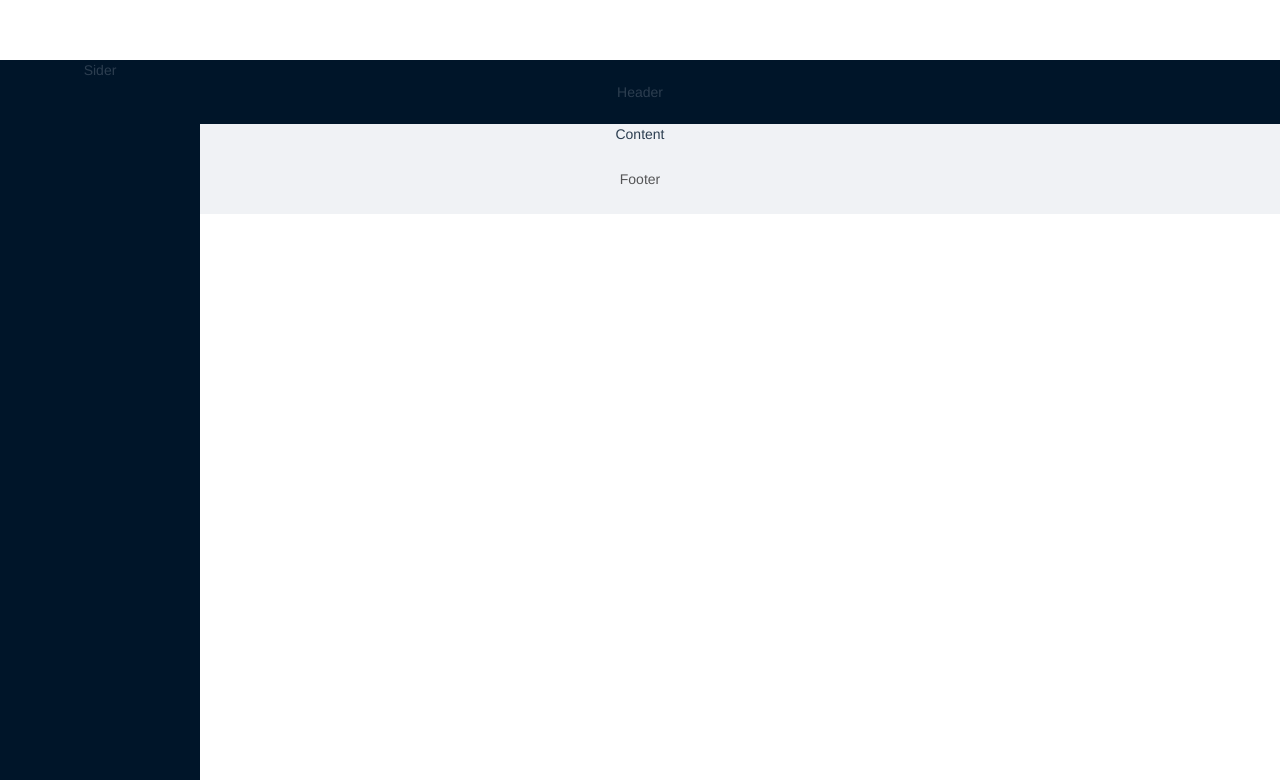
Repository: 418545106/vue-antd-demo
Page: /
The author's editor kept a copy of each file at every save. The page is drawn from the files as they stood at one save, then again after the next save.
The browser window is 1280 px wide. The pictures show the whole page.
The project was rebuilt for these pictures with package versions that can differ from the ones it lists, and the page was loaded fresh each time. Also part of the build but not shown: vue.config.js.

Above is the page before, as saved 2021-09-05 10:17:27.

### src/main.js
import Vue from 'vue'
import App from './App.vue'

// ant-design
import Antd from 'ant-design-vue';
import 'ant-design-vue/dist/antd.css';
Vue.use(Antd);

// vue router
import router from './router'

// vue store
import store from './store'

Vue.config.productionTip = false

new Vue({
  router,
  store,
  render: h => h(App),
}).$mount('#app')

### src/App.vue
<template>
  <div id="app">
    <router-view />
  </div>
</template>

<script>

export default {
  name: 'app'
}
</script>

<style>
#app {
  font-family: Avenir, Helvetica, Arial, sans-serif;
  -webkit-font-smoothing: antialiased;
  -moz-osx-font-smoothing: grayscale;
  text-align: center;
  color: #2c3e50;
  margin-top: 60px;
}
</style>

### src/router/index.js
import Vue from 'vue'
import VueRouter from 'vue-router'
import { constRoute } from './routers'
import store from '@/store'
import whiteList from './whiteList'
// 进度条
import NProgress from 'nprogress' // progress bar
import 'nprogress/nprogress.css' // progress bar style

Vue.use(VueRouter)

const createRouter = () => new VueRouter({
  mode: 'history',
  base: process.env.BASE_URL,
  routes: constRoute
})

const router = createRouter()

NProgress.configure({ showSpinner: false }) // NProgress Configuration

// 解决Loading chunk {n} failed问题
router.onError((error) => {
  const pattern = /Loading chunk (\d)+ failed/g
  const isChunkLoadFailed = error.message.match(pattern)
  const targetPath = router.history.pending.fullPath
  if (isChunkLoadFailed) {
    router.replace(targetPath)
  }
})

router.beforeEach((to, from, next) => {
  // start progress bar
  NProgress.start()
  // todo delete console skip login
  console.log('login:' + process.env.VUE_APP_LOGIN_PATH)
  console.log('to:' + to.path)
  console.log(to.path === process.env.VUE_APP_LOGIN_PATH)
  if (!store.getters.getToken) {
    if (to.path === process.env.VUE_APP_LOGIN_PATH) {
      // if is logged in, redirect to the home page
      // next({ path: process.env.VUE_APP_HOME_PATH })
      // todo test code
      NProgress.done()
      next()
    } else {
      // 重新添加动态路由
      // if (store.getters.getRoleMenu.length === 0 && !store.getters.isAuthed) {
      //   store.dispatch('authorization').then(() => {
      //     NProgress.done()
      //     // hack method to ensure that addRoutes is complete
      //     // set the replace: true, so the navigation will not leave a history record
      //     next({ ...to, replace: true })
      //   })
      // } else {
      NProgress.done()
      next()
      // }
    }
  } else {
    if (whiteList.indexOf(to.name) !== -1) {
      next()
    } else {
      next({ path: process.env.VUE_APP_LOGIN_PATH })
    }
    NProgress.done()
  }
})

export function resetRouter() {
  const newRouter = createRouter()
  router.matcher = newRouter.matcher
}

export default router

### src/store/index.js
import Vue from 'vue'
import Vuex from 'vuex'

Vue.use(Vuex)

import menu from './modules/menu'
import tags from './modules/tags'
import user from './modules/user'
import auth from './modules/auth'
import cache from './modules/cache'

export default new Vuex.Store({
  actions: {
  },
  modules: {
    menu,
    tags,
    user,
    auth,
    cache
  }
})

### src/router/whiteList.js
export default [
  'login'
]

### src/store/modules/menu.js
import { constRoute, asyncRoutes } from '@/router/routers'
import router, { resetRouter } from '@/router'
import { getRoleMenu } from '@/api/main'
import { getMenu, hasChild } from '@/libs/util'

export const filterRoute = (asyncRoutes, roleMenu) => {
  const res = []

  asyncRoutes.forEach(route => {
    const tmp = { ...route }
    if (roleMenu.includes(tmp.name) || (tmp.meta && tmp.meta.hideInMenu)) {
      if (tmp.children) {
        tmp.children = filterRoute(tmp.children, roleMenu)
      }
      res.push(tmp)
    }
  })

  return res
}

export default {
  state: {
    collapse: false,
    // 无权限控制菜单
    constMenu: [],
    // 权限控制菜单
    accessMenu: [],
    // 权限控制菜单成名，tagviews使用
    accessMenuName: [],
    // 权限菜单
    roleMenu: []
  },
  getters: {
    menuList: (state) => {
      // 合并前台menu （展示菜单）
      const menu = getMenu(state.constMenu)
      menu.push.apply(menu, state.accessMenu)
      return menu
    },
    getRoleMenu: (state) => state.roleMenu,
    getAccessMenuName: (state) => state.accessMenuName,
    getCollapse: (state) => state.collapse
  },
  mutations: {
    triggerCollapse(state) {
      state.collapse = !state.collapse
    },
    setAccessMenu(state, accessMenu) {
      state.accessMenu = accessMenu
    },
    setConstMenu(state, constRoute) {
      state.constMenu = constRoute
    },
    addAccessMenuName(state, { name, title }) {
      state.accessMenuName.push({ name, title })
    },
    addRoleMenu(state, name) {
      state.roleMenu.push(name)
    },
    cleanMenu(state) {
      state.constMenu = []
      state.accessMenu = []
      state.accessMenuName = []
      state.roleMenu = []
    }
  },
  actions: {
    async changeMenu({ state, commit, dispatch }) {
      // 放入静态路由
      commit('setConstMenu', constRoute)
      // 获取整理完成的后台menu
      const accessRoutes = await dispatch('getAccessRoutes')
      // 整理后台给的数据格式，先变成菜单能够展示
      await dispatch('initAccessMenu', accessRoutes)
      // 动态添加路径
      const filterRouters = await dispatch('filterAsyncRoutes', { asyncRoutes: asyncRoutes, roleMenu: state.roleMenu })
      // 重置路由
      resetRouter()
      // 添加路由
      router.addRoutes(filterRouters)
      // tips : tag title需要动态，如果能够取到route的title则使用route，否则根据后台数据
    },

    // 获取后台menu
    getAccessRoutes({ commit }) {
      return new Promise(resolve => {
        getRoleMenu().then(res => {
          commit('setNickName', res.data.name)
          const accessMenu = res.data.menuList
          resolve(accessMenu)
        })
      })
    },

    // 整理后台格式menu
    initAccessMenu({ commit }, accessRoutes) {
      if (!accessRoutes) return []
      const accessMenu = initMenu(accessRoutes, commit)
      function initMenu(accessRoutes, commit) {
        const accessMenu = []
        accessRoutes.forEach(item => {
          const obj = {
            icon: item.icon || '',
            name: item.perms,
            path: item.path,
            title: item.name
          }
          commit('addAccessMenuName', { name: item.perms, title: item.name })
          commit('addRoleMenu', item.perms)
          if (hasChild(item)) {
            obj.children = initMenu(item.children, commit)
          }
          accessMenu.push(obj)
        })
        return accessMenu
      }
      commit('setAccessMenu', accessMenu)
    },

    filterAsyncRoutes({ commit }, { asyncRoutes, roleMenu }) {
      return new Promise(resolve => {
        const route = filterRoute(asyncRoutes, roleMenu)
        resolve(route)
      })
    },

    cleanMenuRouter({ commit }) {
      commit('cleanMenu')
      resetRouter()
    }
  }
}

### src/store/modules/tags.js
import {
  tagHasExist,
  parsingTagTitle,
  initTagsList,
  getNextRoute,
  isCurrentPath
} from '@/libs/util'
import router from '@/router'

export default {
  state: {
    tagsList: [
      { name: 'home', title: '首页', path: process.env.VUE_APP_HOME_PATH }
    ]
  },
  getters: {
    getTagsList: (state) => state.tagsList
  },

  mutations: {
    addTag(state, { tag }) {
      // set tag title
      parsingTagTitle(tag)
      // check tag exist
      const tagExist = tagHasExist(state.tagsList, tag)
      if (!tagExist) {
        state.tagsList.push(tag)
      }
    },
    closeAllTag(state) {
      // simple handling close all method
      state.tagsList = initTagsList()
    },
    closeOtherTag(state, tag) {
      parsingTagTitle(tag)
      state.tagsList = initTagsList()
      if (tag.path !== process.env.VUE_APP_HOME_PATH) {
        state.tagsList.push(tag)
      }
    },
    closeTag(state, { currentRoute, path }) {
      // 如果关闭的不是当前页签，则直接关闭，无需找下一个路由，如果关闭的是当前页签，则需要寻找下一个路由
      if (isCurrentPath(currentRoute, path)) {
        const nextRoute = getNextRoute(state.tagsList, path)
        if (!isCurrentPath(currentRoute, nextRoute.path)) {
          router.push(nextRoute)
        }
      }
      state.tagsList = state.tagsList.filter(item => item.path !== path)
    }
  },
  actions: {
  }
}

### src/store/modules/user.js
import { loadToken, saveToken, removeToken, loadRefreshToken, saveRefreshToken, removeRefreshToken } from '@/libs/auth'

export default {
  state: {
    token: loadToken(),
    refreshToken: loadRefreshToken(),
    nickName: ''
  },
  getters: {
    getToken(state) {
      return state.token
    },
    getRefreshToken(state) {
      return state.refreshToken
    },
    getNickName(state) {
      return state.nickName
    }
  },
  mutations: {
    setToken(state, t) {
      const token = 'Bearer ' + t
      state.token = token
      saveToken(token)
    },
    setRefreshToken(state, refreshToken) {
      state.refreshToken = refreshToken
      saveRefreshToken(refreshToken)
    },
    cleanToken(state) {
      state.token = ''
      removeToken()
      removeRefreshToken()
    },
    setNickName(state, name) {
      state.nickName = name
    }
  },
  actions: {
    sysLogout({ commit, dispatch }) {
      commit('cleanToken')
      dispatch('cleanMenuRouter')
    }
  }
}

### src/store/modules/auth.js
import jwtDecode from 'jwt-decode'
import store from '@/store'

export default {
  state: {
    buttonAuth: [],
    isAuth: false
  },
  getters: {
    hasRole: (state) => (roleName) => {
      return state.buttonAuth.includes(roleName)
    },
    isAuthed: (state) => {
      return state.isAuth
    }
  },
  mutations: {
    initAuth(state, buttonAuth) {
      state.buttonAuth = buttonAuth
    },
    cleanAuth(state) {
      state.buttonAuth = []
    },
    addAuth(state, more) {
      state.buttonAuth.push.apply(state.buttonAuth, more)
    },
    authed(state) {
      state.isAuth = true
    }
  },
  actions: {
    async authorization({ commit, dispatch }) {
      commit('authed')
      await Promise.all([dispatch('changeMenu'), dispatch('changeAuth')])
    },
    async changeAuth({ commit, dispatch }) {
      const auth = await dispatch('getAuth')
      commit('initAuth', auth)
    },
    getAuth() {
      return new Promise(resolve => {
        const token = store.getters.getToken
        const data = jwtDecode(token)
        resolve(data.authorities)
      })
    }
  }
}

### src/store/modules/cache.js
export default {
  state: {
    cache: new Map()
  },
  getters: {
    loadCache: (state) => (key) => {
      return state.cache[key]
    }
  },
  mutations: {
    saveCache(state, payload) {
      state.cache[payload.key] = payload.value
    }
  }
}

### src/views/layout/Layout.vue
<template>
  <div>
    <a-layout>
      <a-layout-sider :style="{ overflow: 'auto', height: '100vh', position: 'fixed', left: 0 }">Sider</a-layout-sider>
      <a-layout>
        <a-layout-header>Header</a-layout-header>
        <a-layout-content>Content<router-view /></a-layout-content>
        <a-layout-footer>Footer</a-layout-footer>
      </a-layout>
    </a-layout>
  </div>
</template>

<script>
export default {

}
</script>

<style>

</style>

### src/api/main.js
import request from '@/axios'
// import qs from 'qs'

export const login = (loginForm) => {
  // const data = qs.stringify(loginForm)
  return new Promise((resolve, reject) => {
    request({
      headers: {
        'Content-Type': 'application/json'
      },
      url: '/authentication/form',
      // url: '/demo/authorize/token',
      method: 'post',
      data: loginForm
    }).then(res => {
      resolve(res)
    }).catch(error => {
      reject(error)
    })
  })
}

export const logout = () => {
  return new Promise((resolve, reject) => {
    request({
      url: '/sysLogout',
      method: 'get'
    }).then(res => {
      resolve(res)
    }).catch(error => {
      reject(error)
    })
  })
}

export const getRoleMenu = () => {
  return new Promise((resolve, reject) => {
    request({
      url: '/system/user/info',
      method: 'get'
    }).then(res => {
      resolve(res)
    }).catch(error => {
      reject(error)
    })
  })
}

export const getAuth = () => {
  return new Promise((resolve, reject) => {
    request({
      url: '/system/menu/selectUserAuth',
      method: 'get'
    }).then(res => {
      resolve(res)
    }).catch(error => {
      reject(error)
    })
  })
}

### src/libs/auth.js
import { localSave, localRead, localRemove } from './local'

const TOKEN = 'token'
const REFRESHTOKEN = 'refreshToken'

export const loadToken = () => {
  return localRead(TOKEN)
}

export const saveToken = (token) => {
  localSave(TOKEN, token)
}

export const removeToken = () => {
  localRemove(TOKEN)
}

export const loadRefreshToken = () => {
  return localRead(REFRESHTOKEN)
}

export const saveRefreshToken = (refreshToken) => {
  localSave(REFRESHTOKEN, refreshToken)
}

export const removeRefreshToken = () => {
  localRemove(REFRESHTOKEN)
}

### src/axios.js
import axios from 'axios'
import store from '@/store'
import router from './router'

const request = axios.create({
  baseURL: process.env.VUE_APP_BASE_URL,
  timeout: 1000000
})

// 是否正在刷新的标记
let isRefreshing = false
// 重试队列，每一项将是一个待执行的函数形式
let requestsList = []

function refreshToken() {
  return request.post('/demo/authorize/refreshToken?refreshToken=' + store.getters.getRefreshToken)
}

function showErrorMsg(msg) {
  if (!store.getters.showing) {
    store.commit('show')
    // show message
    store.commit('hide')
  }
}

// 前置拦截
request.interceptors.request.use(
  config => {
    const token = store.getters.getToken
    if (token) {
      config.headers['Authorization'] = token
    }
    return config
  }
)

// 后置拦截
request.interceptors.response.use(
  response => {
    return response.data
  },
  error => {
    const response = error.response
    if (response.status === 401) {
      const config = error.config
      if (!isRefreshing) {
        isRefreshing = true
        return refreshToken().then(res => {
          const { accessToken } = res.data
          store.commit('setToken', accessToken)
          requestsList.forEach(cb => cb(accessToken))
          requestsList = []
          config.headers['Authorization'] = accessToken
          return request(config)
        }).catch(res => {
          console.error('refreshtoken error =>', res)
        }).finally(() => {
          isRefreshing = false
        })
      } else {
        // 正在刷新token，将返回一个未执行resolve的promise
        return new Promise((resolve) => {
          // 将resolve放进队列，用一个函数形式来保存，等token刷新后直接执行
          requestsList.push((accessToken) => {
            config.headers['Authorization'] = accessToken
            resolve(request(config))
          })
        })
      }
    } else if (response.status === 402) {
      store.commit('cleanToken')
      router.push({ name: 'login' })
    } else if (response.status === 400) {
      const msgList = response.data.violations
      const str = msgList.map(e => e.message).join(';')
      showErrorMsg(str)
      return Promise.reject(error)
    } else {
      showErrorMsg(response.data.detail)
      return Promise.reject(error)
    }
  }
)

export default request

### src/libs/local.js
export const localSave = (key, value) => {
  localStorage.setItem(key, JSON.stringify(value))
}

export const localRead = (key) => {
  return JSON.parse(localStorage.getItem(key)) || ''
}

export const localRemove = (key) => {
  localStorage.removeItem(key)
}

Loaded but not shown: public/index.html (common file); src/libs/util.js (library); src/router/routers.js (366 lines, source omitted)

After the next save:
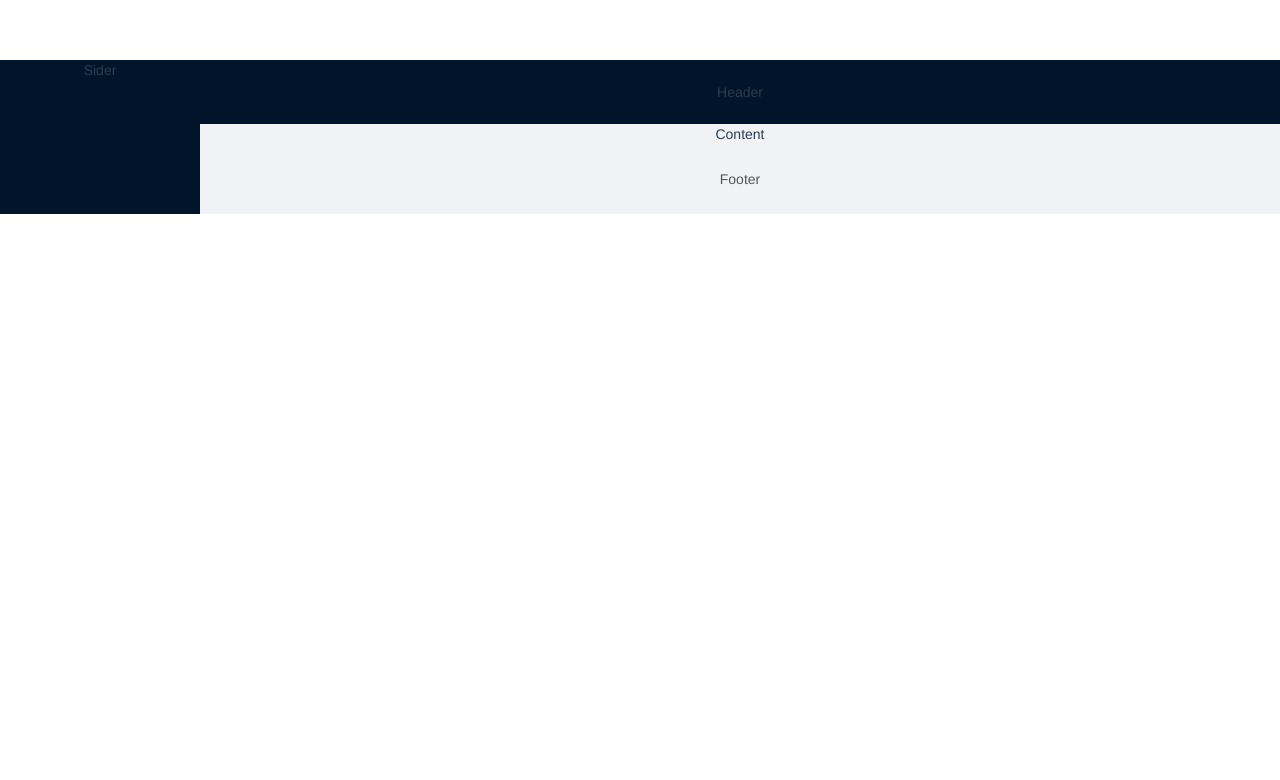
Saved 62 s later.
--- a/src/views/layout/Layout.vue
+++ b/src/views/layout/Layout.vue
@@ -1,7 +1,7 @@
 <template>
   <div>
     <a-layout>
-      <a-layout-sider :style="{ overflow: 'auto', height: '100vh', position: 'fixed', left: 0 }">Sider</a-layout-sider>
+      <a-layout-sider class="sider">Sider</a-layout-sider>
       <a-layout>
         <a-layout-header>Header</a-layout-header>
         <a-layout-content>Content<router-view /></a-layout-content>
@@ -18,5 +18,10 @@ export default {
 </script>
 
 <style>
-
+.sider{
+  overflow: 'auto',
+  height : '100vh',
+  position: 'fixed',
+  left: 0
+}
 </style>
